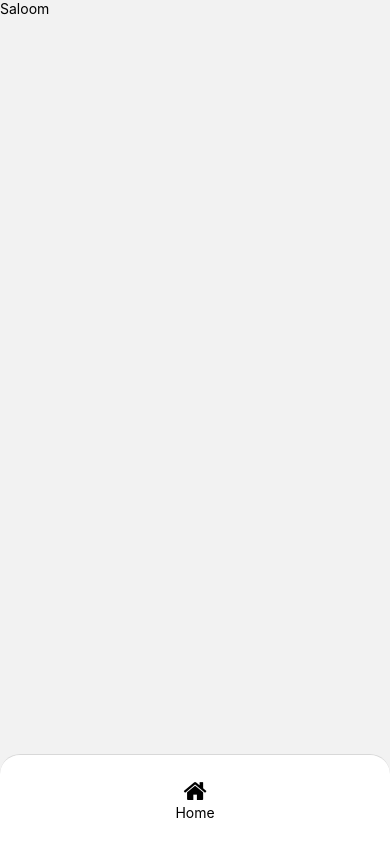
Repository: abdelrahman264/Via-Drive-Thru-Task
Screen: /
These files come from the project's save history. The screen is drawn as it stood at one moment and after a run of saves; the edit follows.
The app was drawn by React Native's web renderer in a window 390 px wide. The project was rebuilt for these pictures with package versions that can differ from the ones it lists, and the page was loaded fresh each time.

Above is the screen before, as saved 2022-05-12 13:43:16.

### App.js
import { useState } from "react";
import { NavigationContainer } from "@react-navigation/native";
import { createNativeStackNavigator } from "@react-navigation/native-stack";
import { QueryClient, QueryClientProvider } from "react-query";
import {
  StyleSheet,
  Text,
  View,
  useColorScheme,
  TouchableOpacity,
} from "react-native";
import Tabs from "./navigation/Tabs";

const queryClient = new QueryClient();
const Stack = createNativeStackNavigator();

export default function App() {
  const colorScheme = useColorScheme();
  const [theme, setTheme] = useState(colorScheme);
  return (
    <QueryClientProvider client={queryClient}>
      <NavigationContainer>
        <Stack.Navigator>
          <Stack.Screen
            name="Tabs"
            component={Tabs}
            options={{ headerShown: false }}
          />
        </Stack.Navigator>
      </NavigationContainer>
    </QueryClientProvider>
  );
}

### navigation/Tabs.js
import { createBottomTabNavigator } from "@react-navigation/bottom-tabs";
import { StyleSheet, Text, View, useColorScheme } from "react-native";
import HomeScreen from "../screens/HomeScreen";
import { FontAwesome } from "@expo/vector-icons";

const Tab = createBottomTabNavigator();

const Tabs = () => {
  const colorScheme = useColorScheme();
  return (
    <Tab.Navigator
      screenOptions={{
        tabBarShowLabel: false,
        tabBarStyle: {
          position: "relative",
          borderTopLeftRadius: 20,
          borderTopRightRadius: 20,
          left: 0,
          right: 0,
          elevation: 0,
          backgroundColor: colorScheme === "dark" ? "#000" : "#fff",
          height: 90,
          ...styles.shadow,
        },
      }}
    >
      <Tab.Screen
        name="Home"
        component={HomeScreen}
        options={{
          headerShown: false,
          tabBarIcon: ({ focused }) => (
            <View
              style={{
                alignItems: "center",
                justifyContent: "center",
              }}
            >
              <FontAwesome
                name="home"
                size={25}
                color={colorScheme === "dark" ? "#fff" : "#000"}
                style={{ opacity: focused ? 1 : 0.5 }}
              />
              <Text
                style={{
                  color: colorScheme === "dark" ? "#fff" : "#000",
                  opacity: focused ? 1 : 0.5,
                }}
              >
                Home
              </Text>
            </View>
          ),
        }}
      />
    </Tab.Navigator>
  );
};
const styles = StyleSheet.create({
  shadow: {
    shadowColor: "#7F5DF0",
    shadowOffset: {
      width: 0,
      height: 10,
    },
    shadowOpacity: 0.25,
    shadowRadius: 3.5,
    elevation: 5,
  },
});
export default Tabs;

### screens/HomeScreen.js
import React, { useState, useEffect } from "react";
import {
  StyleSheet,
  View,
  ScrollView,
  Text,
  Image,
  TouchableOpacity,
  StatusBar,
  SafeAreaView,
} from "react-native";
import { MaterialIcons, Ionicons } from "@expo/vector-icons";

const HomeScreen = ({ navigation }) => {
  return <Text>Saloom</Text>;
};
const styles = StyleSheet.create({});
export default HomeScreen;

After the next 2 saves:
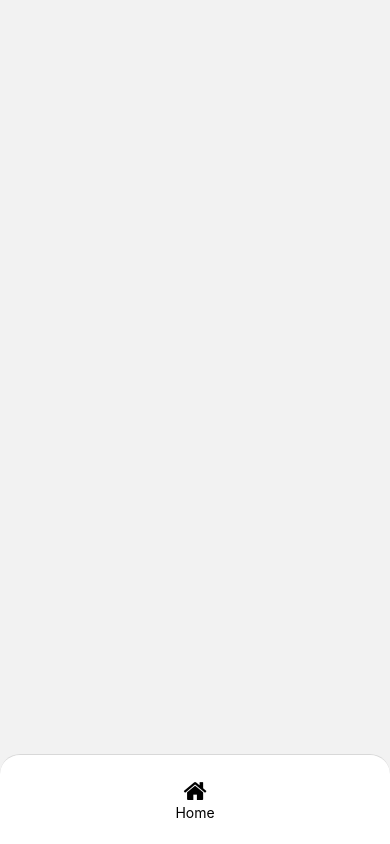
The 2 saves are shown as one change because 1 did not build or start.
The last was saved 117 s later.
--- a/screens/HomeScreen.js
+++ b/screens/HomeScreen.js
@@ -7,12 +7,21 @@ import {
   Image,
   TouchableOpacity,
   StatusBar,
+  useColorScheme,
   SafeAreaView,
 } from "react-native";
 import { MaterialIcons, Ionicons } from "@expo/vector-icons";
 
 const HomeScreen = ({ navigation }) => {
-  return <Text>Saloom</Text>;
+  const colorScheme = useColorScheme();
+  return (
+    <SafeAreaView>
+      <StatusBar
+        translucent={false}
+        barStyle={colorScheme === "dark" ? "dark-content" : "light-content"}
+      />
+    </SafeAreaView>
+  );
 };
 const styles = StyleSheet.create({});
 export default HomeScreen;
